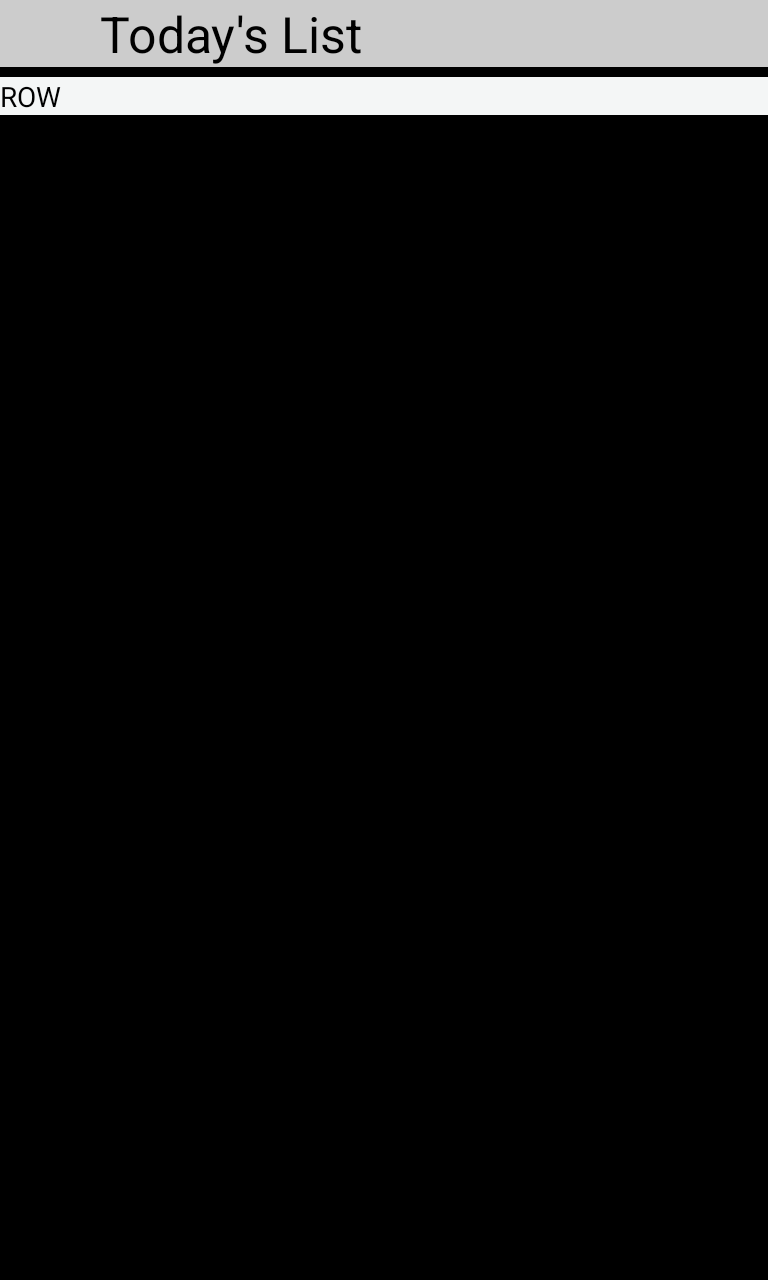
Repository: adatta02/comp194ma
Layout: hello_world/res/layout/main.xml
The author's editor kept a copy of each file at every save. The layout is drawn from the files as they stood at one save, then again after the next save.
It is drawn on a 768 x 1280 px phone screen (xhdpi) without system bars, with theme android:Theme; the app's code is not run.

Above is the layout before, as saved 2009-02-03 05:25:18.

### hello_world/res/layout/main.xml
<?xml version="1.0" encoding="utf-8"?>
<LinearLayout xmlns:android="http://schemas.android.com/apk/res/android"
    android:orientation="vertical"
    android:layout_width="fill_parent"
    android:layout_height="fill_parent"
    >

<TextView android:id="@+id/TextView01" android:layout_height="wrap_content" android:text="Today's List" android:textSize="25sp" android:background="#cccccc" android:textColor="#000000" android:paddingLeft="100px" android:layout_width="fill_parent"></TextView>

<TableLayout android:id="@+id/TableLayout01" android:layout_width="fill_parent" android:layout_height="fill_parent" android:layout_marginTop="10px"><TableRow android:id="@+id/TableRow01" android:layout_height="fill_parent" android:layout_width="fill_parent" android:background="#F4F6F6"><TextView android:id="@+id/TextView02" android:text="ROW" android:layout_height="fill_parent" android:layout_width="fill_parent" android:textColor="#000000"></TextView>
</TableRow>
</TableLayout><LinearLayout android:id="@+id/LinearLayout01" android:layout_width="wrap_content" android:layout_height="wrap_content"><TextView android:id="@+id/TextView03" android:layout_width="wrap_content" android:layout_height="wrap_content" android:text="Add Item:"></TextView>
</LinearLayout>
</LinearLayout>

After the next save:
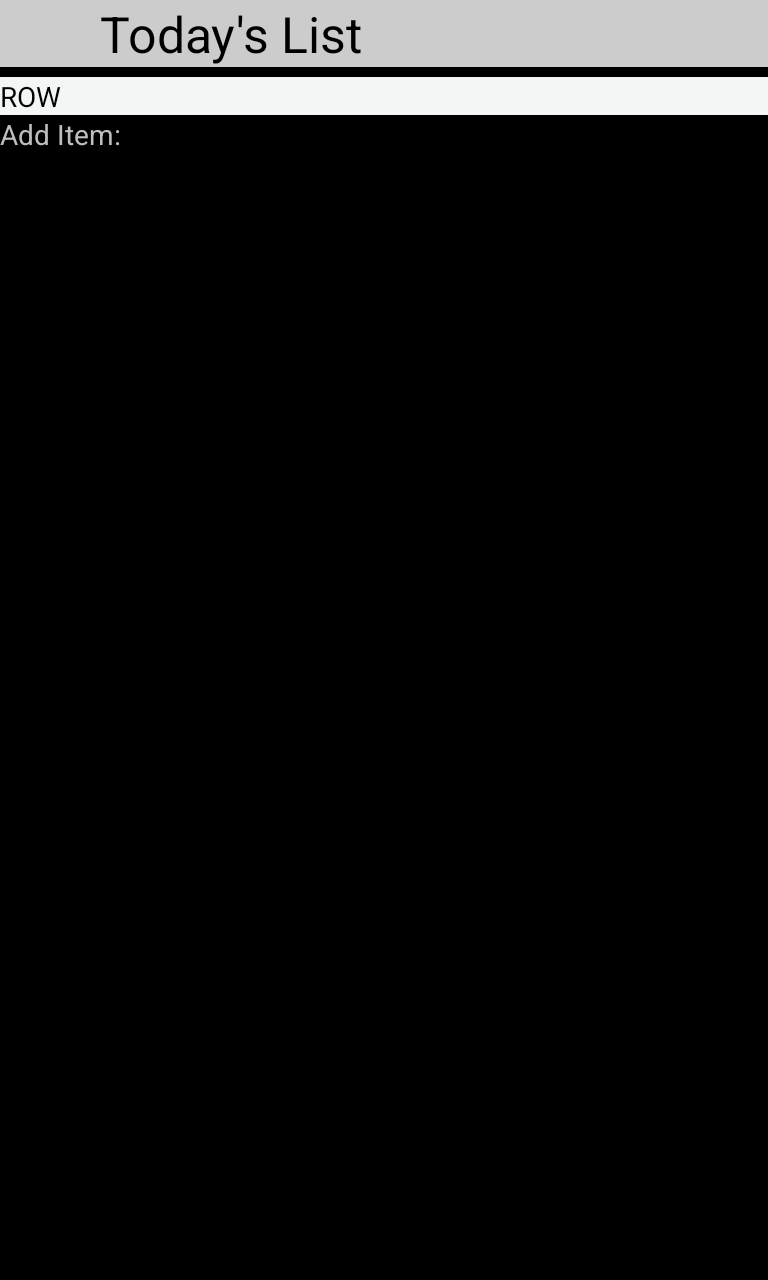
Saved 43 s later.
--- a/hello_world/res/layout/main.xml
+++ b/hello_world/res/layout/main.xml
@@ -8,7 +8,7 @@
 <TextView android:id="@+id/TextView01" android:layout_height="wrap_content" android:text="Today's List" android:textSize="25sp" android:background="#cccccc" android:textColor="#000000" android:paddingLeft="100px" android:layout_width="fill_parent"></TextView>
 
 <TableLayout android:id="@+id/TableLayout01" android:layout_width="fill_parent" android:layout_height="fill_parent" android:layout_marginTop="10px"><TableRow android:id="@+id/TableRow01" android:layout_height="fill_parent" android:layout_width="fill_parent" android:background="#F4F6F6"><TextView android:id="@+id/TextView02" android:text="ROW" android:layout_height="fill_parent" android:layout_width="fill_parent" android:textColor="#000000"></TextView>
-</TableRow>
-</TableLayout><LinearLayout android:id="@+id/LinearLayout01" android:layout_width="wrap_content" android:layout_height="wrap_content"><TextView android:id="@+id/TextView03" android:layout_width="wrap_content" android:layout_height="wrap_content" android:text="Add Item:"></TextView>
+</TableRow><LinearLayout android:id="@+id/LinearLayout01" android:layout_width="wrap_content" android:layout_height="wrap_content"><TextView android:id="@+id/TextView03" android:layout_width="wrap_content" android:layout_height="wrap_content" android:text="Add Item:"></TextView>
 </LinearLayout>
+</TableLayout>
 </LinearLayout>
